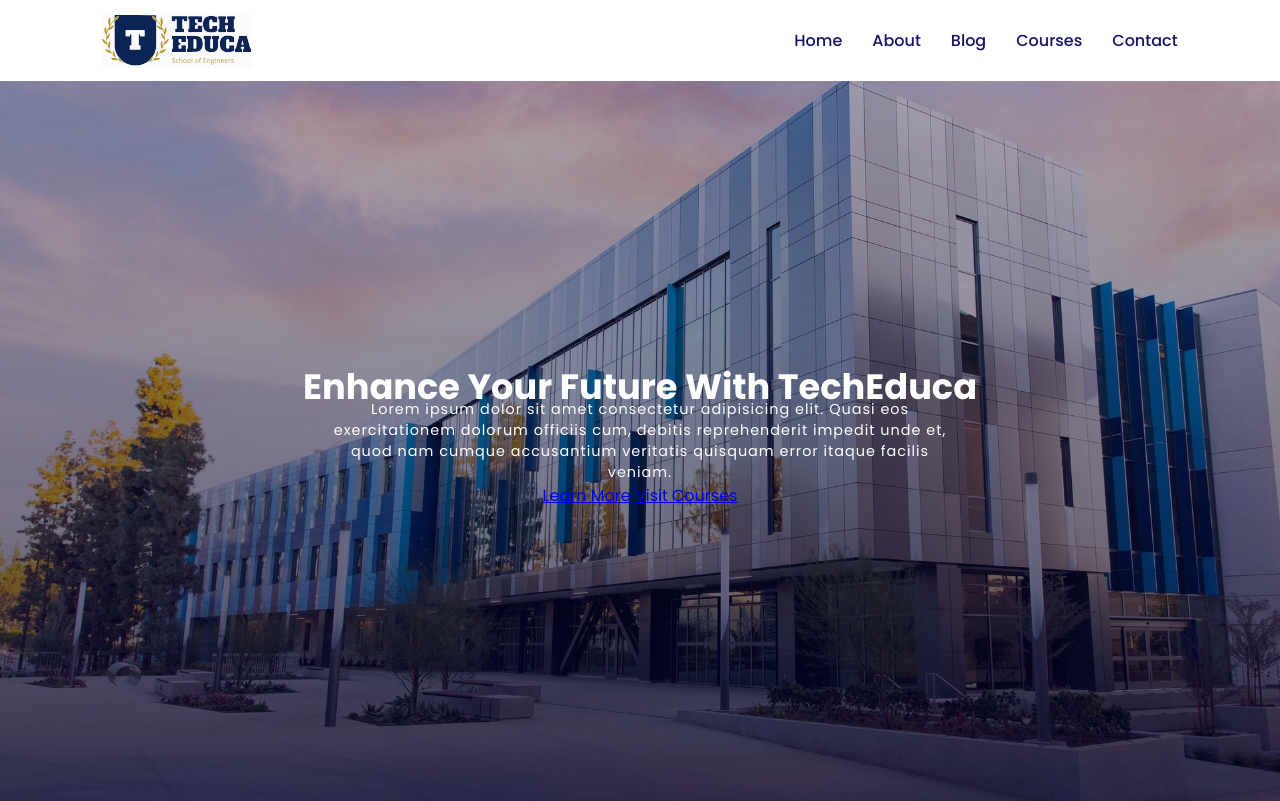
Repository: douglasabnovato/newtech
Page: index.html
The author's editor kept a copy of each file at every save. The page is drawn from the files as they stood at one save, then again after the next save.
The browser window is 1280 px wide. The pictures show the whole page.
Some web libraries are served in a nearby version.

Above is the page before, as saved 2025-06-19 23:14:37.

### index.html
<!DOCTYPE html>
<html lang="en">
  <head>
    <meta charset="UTF-8" />
    <meta http-equiv="X-UA-Compatible" content="IE=edge" />
    <meta name="viewport" content="width=device-width, initial-scale=1.0" />
    <title>new TECH</title>

    <link
      rel="stylesheet"
      href="https://pro.fontawesome.com/releases/v5.10.0/css/all.css"
    />

    <link rel="stylesheet" href="style.css" />

    <script
      src="https://code.jquery.com/jquery-3.6.0.min.js"
      integrity="sha256-/xUj+3OJU5yExlq6GSYGSHk7tPXikynS7ogEvDej/m4="
      crossorigin="anonymous"
    ></script>
  </head>

  <body>
    <!-- Navigation -->
    <nav>
      <img src="./images/logo.svg" alt="logo o treinamento" srcset="" />
      <div class="navigation">
        <ul>
          <li><a href="#">Home</a></li>
          <li><a href="#">About</a></li>
          <li><a href="#">Blog</a></li>
          <li><a href="#">Courses</a></li>
          <li><a href="#">Contact</a></li>
        </ul>
      </div>
    </nav>

    <!-- Home -->
    <section id="home">
      <h2>Enhance Your Future With TechEduca</h2>
      <p>
        Lorem ipsum dolor sit amet consectetur adipisicing elit. Quasi eos
        exercitationem dolorum officiis cum, debitis reprehenderit impedit unde
        et, quod nam cumque accusantium veritatis quisquam error itaque facilis
        veniam.
      </p>
      <div class="btn">
        <a href="#" class="blue">Learn More</a>
        <a href="#" class="yellow">Visit Courses</a>
      </div>
    </section>

    <!-- features -->

    <!-- Courses -->

    <!-- Registration -->

    <!-- Profiles -->

    <!-- Footer -->

    <script>
      // Navaigation Bar
    </script>
  </body>
</html>

### style.css
@import url("https://fonts.googleapis.com/css2?family=Poppins:wght@100;200;300;400;500;600;700;800;900&display=swap");
* {
  margin: 0;
  padding: 0;
  box-sizing: border-box;
  font-family: "Poppins", sans-serif;
}

body {
  font-family: "Poppins", sans-serif;
}

/* Global Tags */

h1 {
  font-size: 2.5rem;
  font-weight: 700;
  color: rgb(35, 35, 85);
}

span {
  font-size: 0.9rem;
  color: #757373;
}

h6 {
  font-size: 1.1rem;
  color: rgb(24, 24, 49);
}

/* Navigation */
nav {
  display: flex;
  flex-direction: row;
  justify-content: space-between;
  align-items: center;
  padding: 1vw 8vw;
  box-shadow: 2px 2px 10px rgba(0, 0, 0, 0.15);
}

nav img {
  width: 150px;
  cursor: pointer;
}

nav .navigation ul {
  display: flex;
  justify-content: flex-end;
  align-items: center;
}

nav .navigation ul li {
  list-style: none;
  margin-left: 30px;
}

nav .navigation ul li a {
  text-decoration: none;
  color: rgb(21, 21, 100);
  font-size: 16px;
  font-weight: 500;
  transition: 0.3s ease;
}

nav .navigation ul li a:hover {
  color: #fdc938;
}

/* Home */

#home {
  background-image: linear-gradient(rgba(9, 5, 54, 0.3), rgba(5, 4, 46, 0.7)),
    url("./images/back.jpg");
  width: 100%;
  height: 100vh;
  background-size: cover;
  background-position: center;
  display: flex;
  flex-direction: column;
  justify-content: center;
  align-items: center;
  text-align: center;
}

#home h2 {
  color: #fff;
  font-size: 2.2rem;
  line-height: 25px;
}

#home p {
  width: 50%;
  color: #fff;
  font-size: 0.9rem;
  letter-spacing: 1px;
}

/* features */

/* course */

/* registration */

/* experts */

/* footer */

/* About */

/* Blog */

/* Course_inner */

/* contact */

/* responsive */

@media (max-width: 769px) {
}

@media (max-width: 475px) {
}

After the next save:
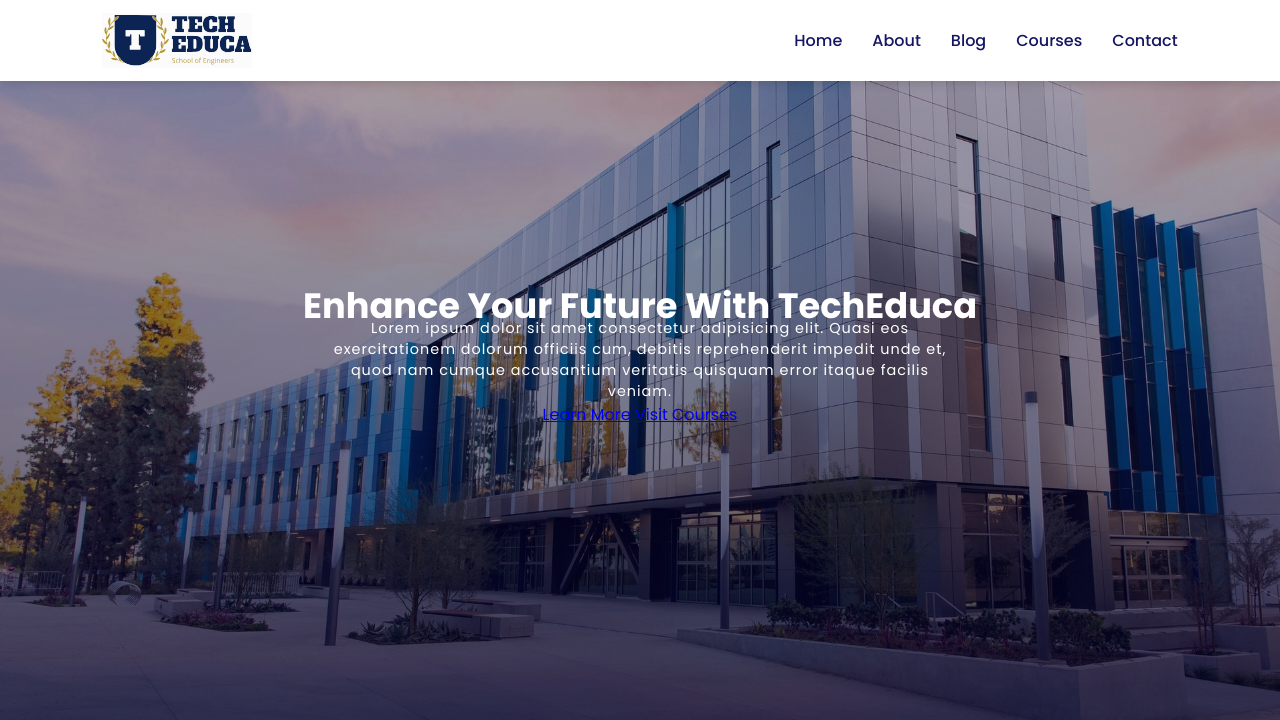
Saved 2 min 2 s later.
--- a/style.css
+++ b/style.css
@@ -30,6 +30,9 @@
 
 /* Navigation */
 nav {
+  position: fixed;
+  width: 100%;
+  background-color: #fff;
   display: flex;
   flex-direction: row;
   justify-content: space-between;
